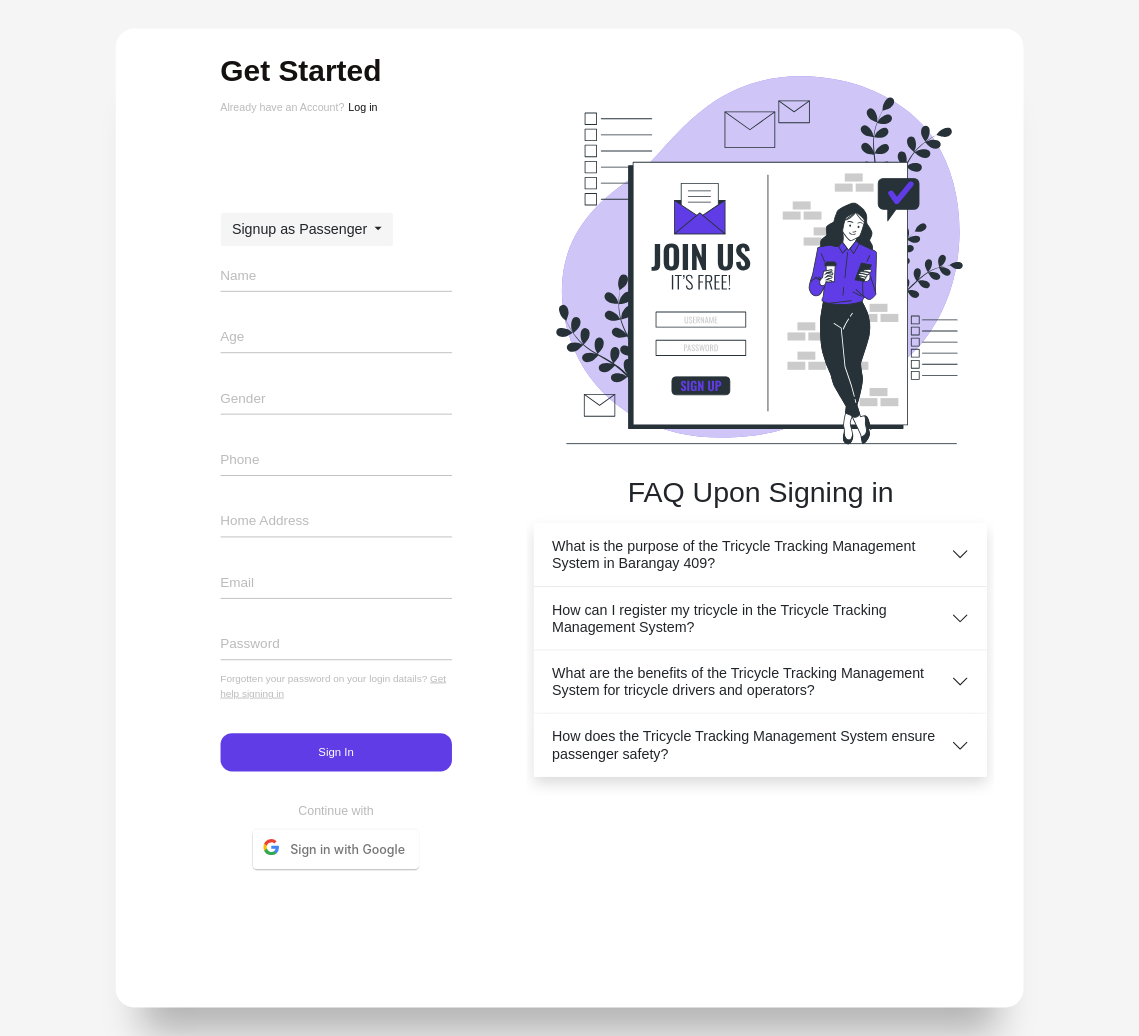
Repository: adrcstro/plate-to-place
Page: http://localhost/Loginsystem/Passenger.php
These files come from the project's save history. The page is drawn as it stood at one moment and after the next save; the edit follows.
The browser window is 1280 px wide. The pictures show the whole page, at 89% of full size.
Some web fonts or font styles are not loaded; a fallback is used. Some web libraries are served in a nearby version. The page is run by PHP 8.4 with error messages shown; the project is at /var/www/html/.

Above is the page before, as saved 2023-10-31 15:41:44.

After the next save:
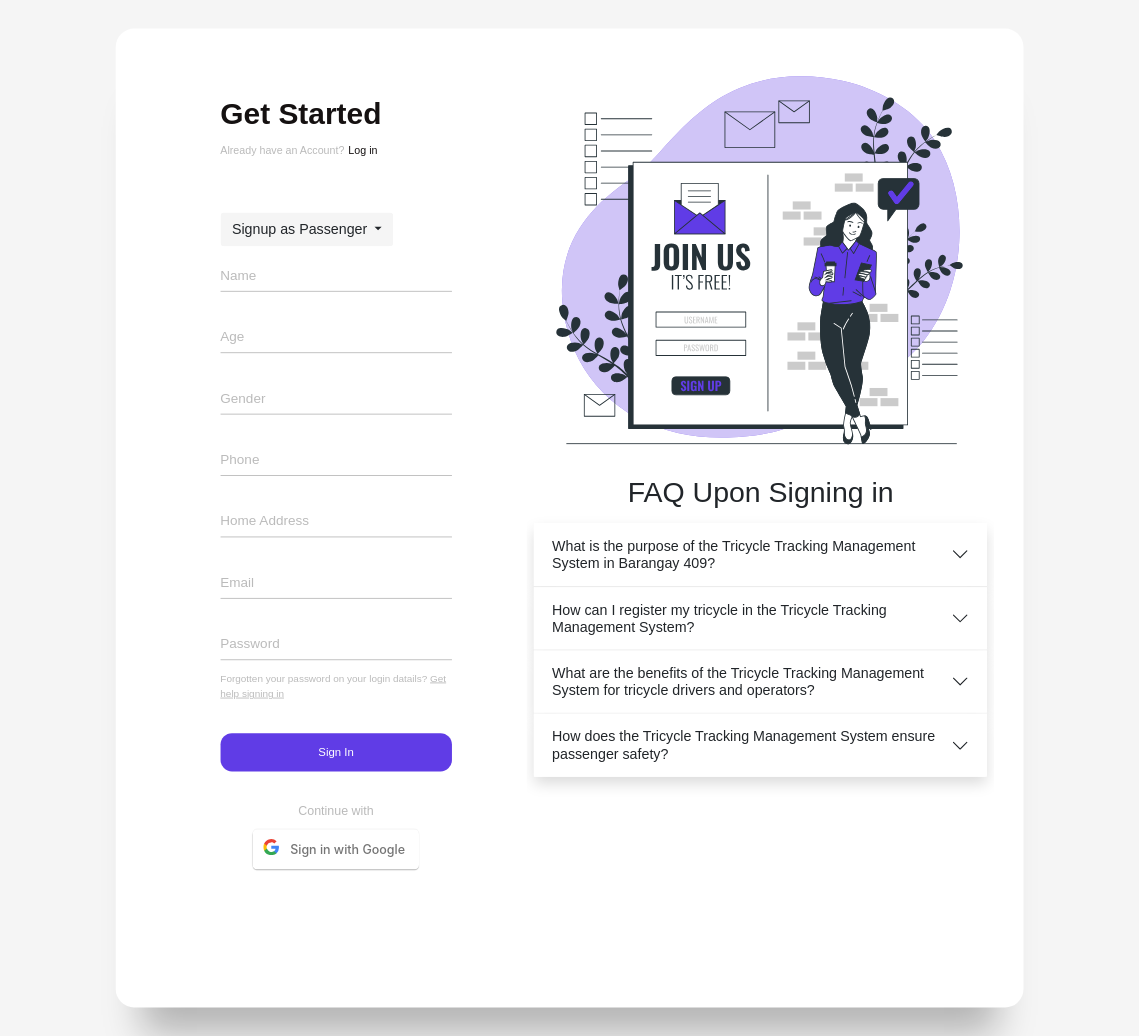
Saved 60 s later.
--- a/Loginsystem/passenger.css
+++ b/Loginsystem/passenger.css
@@ -409,7 +409,10 @@ margin-top: -4rem;
   color: #8371fd;
 }
 
-
+.heading{
+  position: relative; /* or any other position value that suits your layout */
+  top: 3rem;
+}
 
 
 
